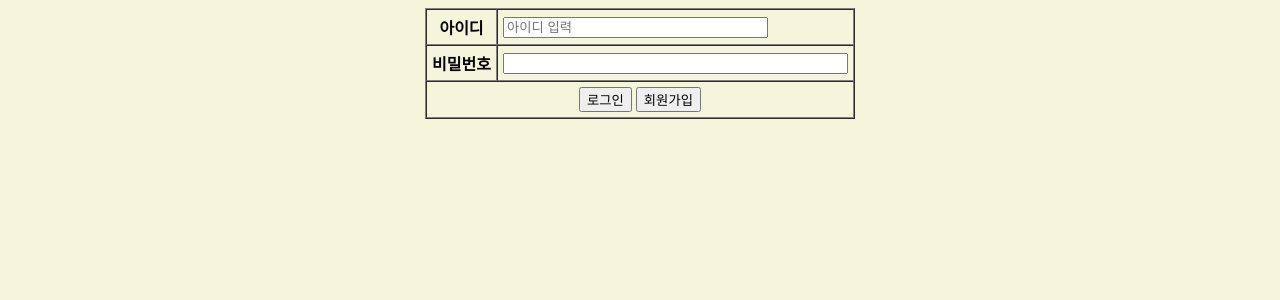
Repository: Gmajorlist/HTML
Page: http://localhost/miniProject_JSP/member/loginForm.jsp
These files come from the project's save history. The page is drawn as it stood at one moment and after the next save; the edit follows.
The browser window is 1280 px wide. The pictures show the whole page.
The page is served by Tomcat 9. Nobody is signed in. The application's start-up code is not run. Other server files are loaded and not shown.

Above is the page before, as saved 2023-03-07 06:37:28.

### miniProject_JSP/src/main/webapp/member/loginForm.jsp
<%@ page language="java" contentType="text/html; charset=UTF-8"
    pageEncoding="UTF-8"%>
<!DOCTYPE html>
<html>
<head>
<meta charset="UTF-8">
<title>Insert title here</title>
<style type="text/css">
div {
	color: red;
	font-size: 8pt;
	font-weight: bold;
}
</style>
</head>
<body style="background-color:beige">
<form name="loginForm" method="post" action="login.jsp">
<center>
 <table border="1" cellpadding="5" cellspacing="0">
   <tr>
  	<th>아이디</th>
  	<td>
  	 <input type="text" name="id" id="id" size="30" placeholder="아이디 입력">
  	 <div id="idDiv"></div>
  	</td>
   </tr>

   <tr>
  	<th>비밀번호</th>
  	<td>
  	 <input type="password" name="pwd" id="pwd" size="40" >
  	 <div id="pwdDiv"></div>
  	</td>
   </tr>

   <tr>
  	<td colspan="2" align="center">
  	 <input type="button" value="로그인" onclick="checkLogin()">
	 <input type="button" value="회원가입" onclick="location.href='writeForm.html'">
  	</td>
  </tr>
 </table>
</form>
<script type="text/javascript">
function checkLogin(){
	document.getElementById("idDiv").innerText = "";
	document.getElementById("pwdDiv").innerText = "";

	if(document.getElementById("id").value == "")
		document.getElementById("idDiv").innerText="아이디 입력";
	else if(document.getElementById("pwd").value == "")
		document.getElementById("pwdDiv").innerText="비밀번호 입력";
	else
		document.loginForm.submit();
}
</script>
</body>
</html>

After the next save:
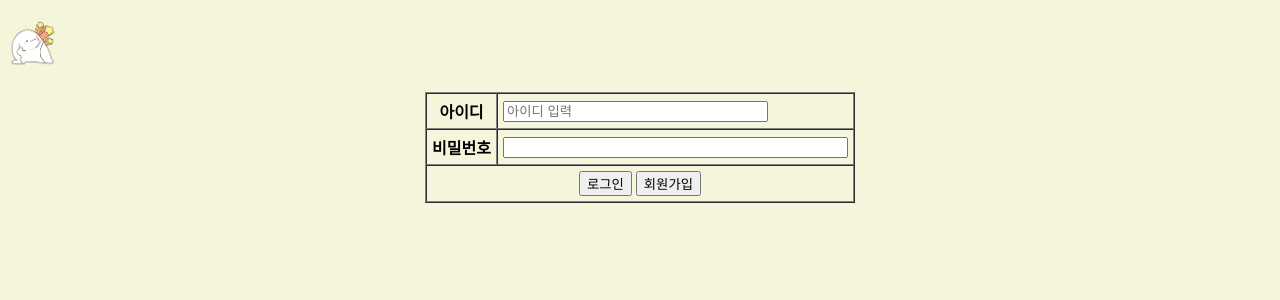
Saved 8 min 26 s later.
--- a/miniProject_JSP/src/main/webapp/member/loginForm.jsp
+++ b/miniProject_JSP/src/main/webapp/member/loginForm.jsp
@@ -14,6 +14,9 @@ div {
 </style>
 </head>
 <body style="background-color:beige">
+<h3>
+<img src="../image/img2.png" width="50" height="50" alt="꽃" >
+</h3>
 <form name="loginForm" method="post" action="login.jsp">
 <center>
  <table border="1" cellpadding="5" cellspacing="0">
